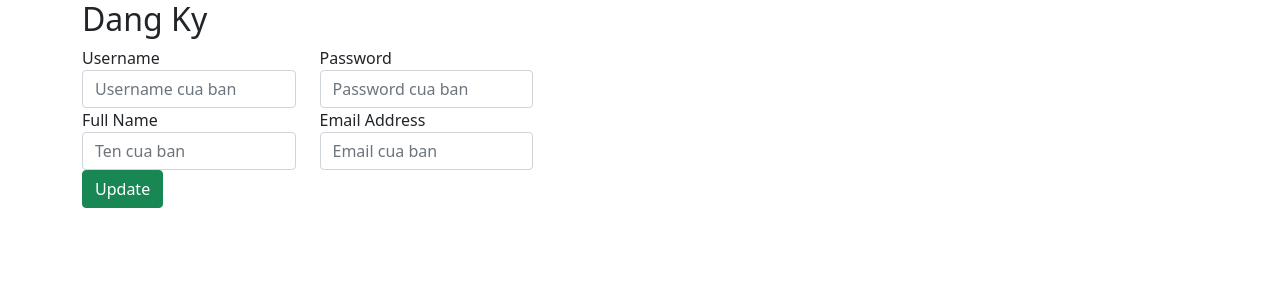
Repository: kiennd3921/AssJava4
Page: http://localhost/Assignment/view/admin/QLyAdmin.jsp
An editor plug-in stored every save of this project. The page is shown before and after the next save, followed by the edit.
The browser window is 1280 px wide. The pictures show the whole page.
The page is served by Tomcat 9. Other server files are loaded and not shown.

Above is the page before, as saved 2021-04-16 00:56:28.

### PT15307-UD/Assignment/WebContent/view/admin/QLyAdmin.jsp
<%@ page language="java" contentType="text/html; charset=ISO-8859-1"
	pageEncoding="UTF-8"%>
<!DOCTYPE html>
<html>
<head>
<meta charset="UTF-8">
<meta name="viewport" content="width = device-width, initial-scale=1.0">
<title>Insert title here</title>
<%@ taglib uri="http://java.sun.com/jstl/core_rt" prefix="c"%>
<link rel="stylesheet" type="text/css">
<link
	href="https://cdn.jsdelivr.net/npm/bootstrap@5.0.0-beta2/dist/css/bootstrap.min.css"
	rel="stylesheet"
	integrity="sha384-BmbxuPwQa2lc/FVzBcNJ7UAyJxM6wuqIj61tLrc4wSX0szH/Ev+nYRRuWlolflfl"
	crossorigin="anonymous">

</head>
<body>
	<div class="container">
		<div class="row">
			<div class="col-md-5">
				<form>
					<h2>Dang Ky</h2>
					<div class="row">
						<div class="col">
							<label>Username</label> <input type="text" class="form-control"
								placeholder="Username cua ban" required name="">
						</div>
						<div class="col">
							<label>Password</label> <input type="password"
								class="form-control" placeholder="Password cua ban" required
								name="">
						</div>
					</div>
					<div class="row">
						<div class="col">
							<label>Full Name</label> <input type="text" class="form-control"
								placeholder="Ten cua ban" required name="">
						</div>
						<div class="col">
							<label>Email Address</label> <input type="email"
								class="form-control" placeholder="Email cua ban" required
								name="">
						</div>
					</div>
					<div class="form-group">
						<button class="btn btn-success" type="submit">Update</button>
					</div>
				</form>
			</div>
		</div>
	</div>
</body>
</html>

After the next save:
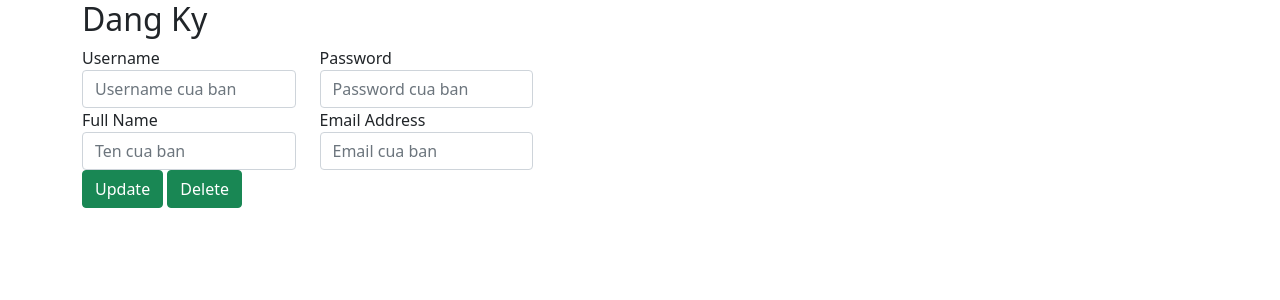
Saved 14 s later.
--- a/PT15307-UD/Assignment/WebContent/view/admin/QLyAdmin.jsp
+++ b/PT15307-UD/Assignment/WebContent/view/admin/QLyAdmin.jsp
@@ -45,6 +45,7 @@
 					</div>
 					<div class="form-group">
 						<button class="btn btn-success" type="submit">Update</button>
+						<button class="btn btn-success" type="submit">Delete</button>
 					</div>
 				</form>
 			</div>
